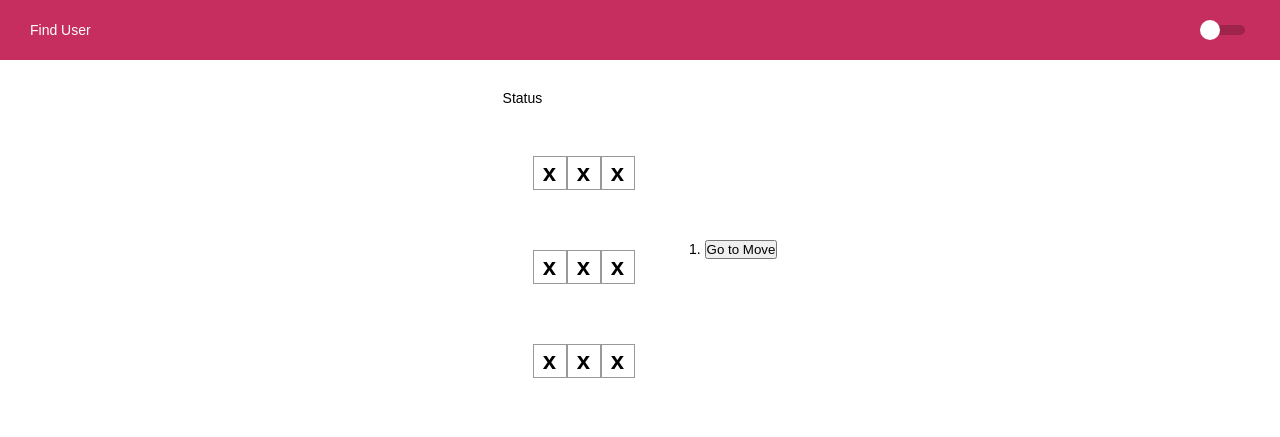
Repository: OmniaRafat232111121/Tic-Tac-Toe
Page: /
These files come from the project's save history. The page is drawn as it stood at one moment and after the next save; the edit follows.
The browser window is 1280 px wide. The pictures show the whole page.
The project was rebuilt for these pictures with package versions that can differ from the ones it lists, and the page was loaded fresh each time.

Above is the page before, as saved 2022-09-20 18:33:40.

After the next save:
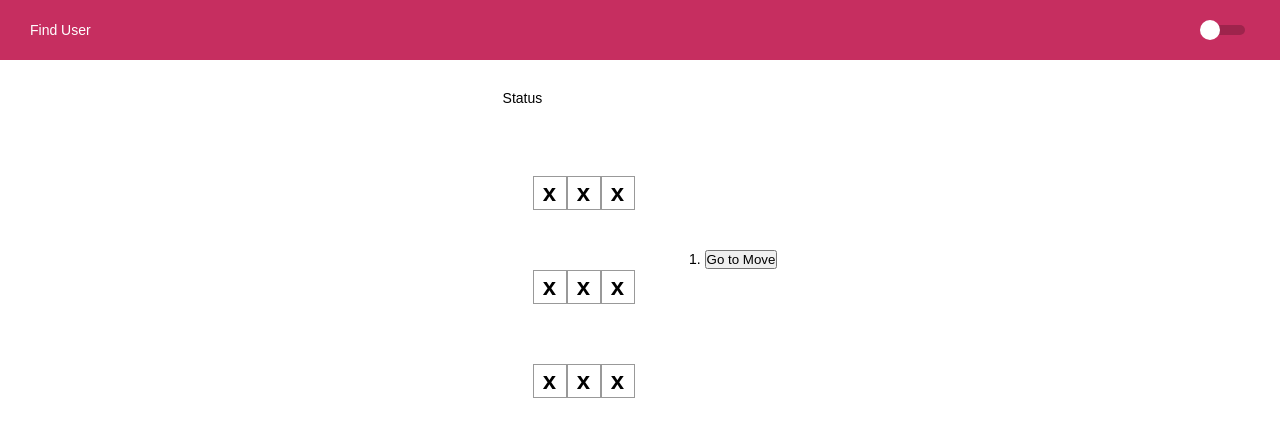
Saved 4 s later.
--- a/src/components/Game.tsx
+++ b/src/components/Game.tsx
@@ -22,7 +22,7 @@
 return(
 
 <Row gap={40}>
-<Column gap={20}>
+<Column gap={40}>
     <div>Status</div>
     <Board/>
 </Column>

After the 2 saves that followed:
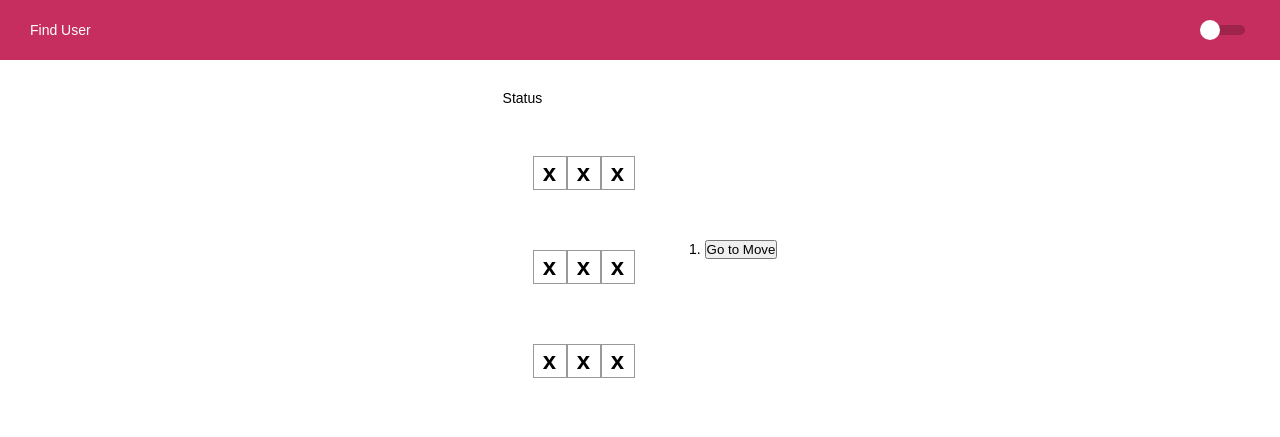
The 2 saves are shown as one change because they came seconds apart.
The last was saved 18 s later.
--- a/src/components/Game.tsx
+++ b/src/components/Game.tsx
@@ -22,7 +22,7 @@
 return(
 
 <Row gap={40}>
-<Column gap={40}>
+<Column gap={20}>
     <div>Status</div>
     <Board/>
 </Column>
